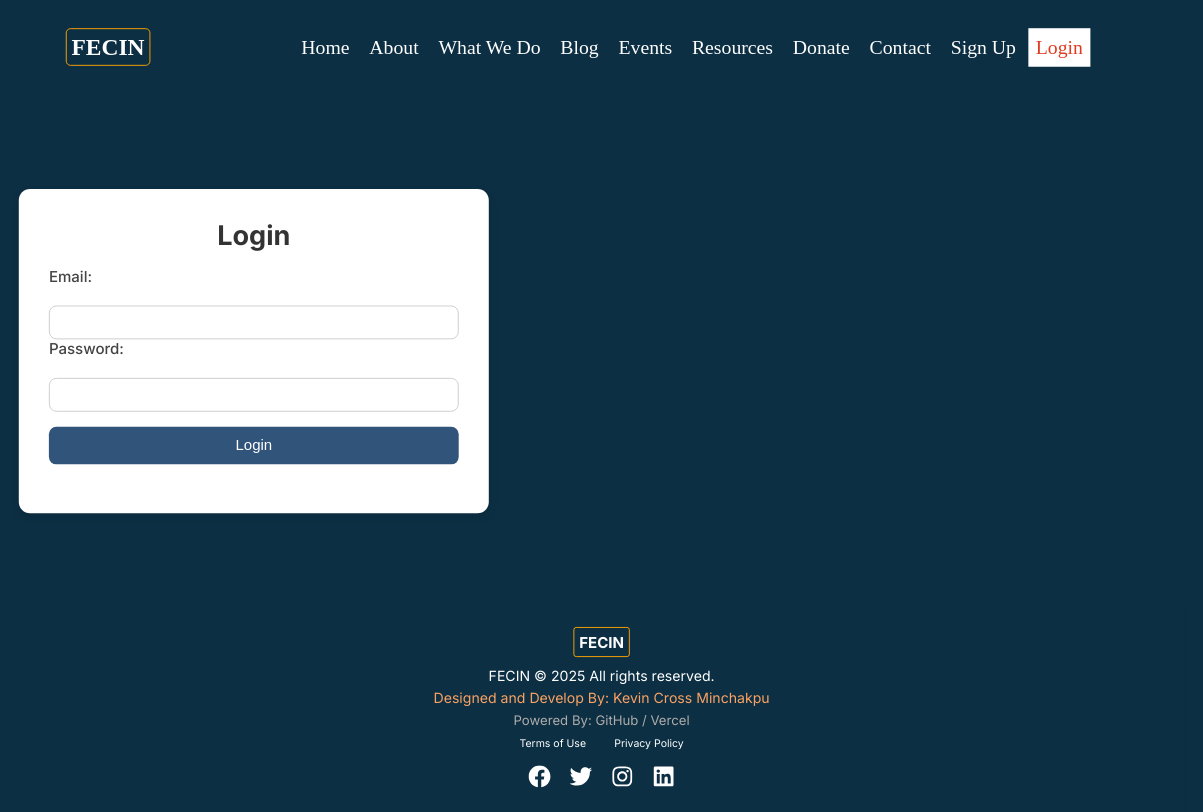
Repository: KCMinchakpu/fecin-projectgs497
Page: /login
An editor plug-in stored every save of this project. The page is shown before and after the next save, followed by the edit.
The browser window is 1280 px wide. The pictures show the whole page, at 94% of full size.
The page's requests for data from a server got no answer. The project was rebuilt for these pictures with package versions that can differ from the ones it lists, and the page was loaded fresh each time. Some packages were replaced by stand-ins written for this rebuild. The framework's server and built-in components were replaced by stand-ins that run in the browser. No one was signed in, and anything a server would have sent is missing. Queries for data that is not in the repository find no rows. Also part of the build but not shown: next.config.mjs.

Above is the page before, as saved 2025-04-12 17:56:49.

### src/app/layout.js
"use client";

import { Inter } from "next/font/google";
import "./globals.css";
import Navbar from "@/components/navbar/Navbar";
import Footer from "@/components/footer/Footer";
import { SessionProvider } from "next-auth/react"; // Import SessionProvider

const inter = Inter({ subsets: ["latin"] });

export default function RootLayout({ children }) {
  return (
    <html lang="en">
      <body className={inter.className}>
        <SessionProvider>
          <div className="container">
            <Navbar />
            {children}
            <Footer />
          </div>
        </SessionProvider>
      </body>
    </html>
  );
}

### src/app/login/page.jsx
'use client';

import { useState } from 'react';
import { useRouter } from 'next/navigation';
import styles from './login.module.css'; // Assuming you have a CSS module for styling

export default function LoginPage() {
  const [email, setEmail] = useState('');
  const [password, setPassword] = useState('');
  const [error, setError] = useState(null);
  const router = useRouter();

  const handleSubmit = async (e) => {
    e.preventDefault();

    const response = await fetch('/api/auth/login', {
      method: 'POST',
      headers: { 'Content-Type': 'application/json' },
      body: JSON.stringify({ email, password }),
    });

    const data = await response.json();

    if (response.ok) {
      router.push('/dashboard'); // Redirect after successful login
    } else {
      setError(data.message); // Display error message
    }
  };

  return (
    <div className={styles['login-container']}>
      <form onSubmit={handleSubmit} className={styles.form}>
        <h2 className={styles.title}>Login</h2>
        {error && <p className={styles.error}>{error}</p>}

        <div>
          <label htmlFor="email" className={styles.label}>Email:</label>
          <input
            type="email"
            id="email"
            value={email}
            onChange={(e) => setEmail(e.target.value)}
            required
            className={styles.input}
          />
        </div>

        <div>
          <label htmlFor="password" className={styles.label}>Password:</label>
          <input
            type="password"
            id="password"
            value={password}
            onChange={(e) => setPassword(e.target.value)}
            required
            className={styles.input}
          />
        </div>

        <button type="submit" className={styles.button}>Login</button>

        <div className={styles.link}>
          <span>Don't have an account? <a href="/signup">Sign up</a></span>
        </div>
      </form>
    </div>
  );
}

### src/app/admin/users/[userId]/role/route.js
import dbConnect from '@/lib/dbConnect';
import User from '@/models/User';

export async function PATCH(req, { params }) {
  try {
    const { role } = await req.json();
    const { userId } = params;

    if (!role) {
      return new Response('Role is required', { status: 400 });
    }

    await dbConnect();

    const updatedUser = await User.findByIdAndUpdate(
      userId,
      { role },
      { new: true }
    );

    if (!updatedUser) {
      return new Response('User not found', { status: 404 });
    }

    return new Response('User role updated successfully', { status: 200 });
  } catch (error) {
    console.error('Error updating user role:', error);
    return new Response('Something went wrong', { status: 500 });
  }
}
// This code handles the PATCH request to update a user's role in the database.

### src/app/admin/users/route.js
import dbConnect from '@/lib/dbConnect';
import User from '@/models/User';

export async function GET() {
  try {
    await dbConnect();
    const users = await User.find();
    return new Response(JSON.stringify(users), { status: 200 });
  } catch (error) {
    console.error('Error fetching users:', error);
    return new Response('Something went wrong', { status: 500 });
  }
}

### src/app/globals.css
:root {
    --bg: #0c2f43;
    --text: white;
    --bgSoft: #091f2c;
    --textSoft: rgb(237, 232, 232);
    --btn: #de3c21;
    --bgWhite: white;
    --textGray: #444444;
}

/* Box sizing rules */
* {
    box-sizing: border-box;
    margin:0;
    padding: 0;
  }

/* Set core body defaults */
body {
    background-color: var(--bgWhite);
    color: var(--text);
  }

a {
    color: inherit;
    text-decoration: none;
}

.container {
  background-color: var(--bg);
  width: 100%; /* Default for small screens */
  margin: auto;
  padding-left: 20px;
  padding-right: 20px;
  min-height: 120vh;
  display: flex;
  flex-direction: column;
  justify-content: space-between;
}

.callnana {
    background-color: var(--bgWhite);
    color: var(--textGray);
    padding: 20px;
    border-radius: 8px;
    box-shadow: 0 4px 8px rgba(0, 0, 0, 0.1);
    margin-bottom: 20px;
    width: 400px;
    height: 200px;
    align-items: center;
    justify-items: center;
}

### src/components/navbar/Navbar.jsx
import React from 'react';
import Link from 'next/link';
import Links from "./links/Links";
import styles from "./navbar.module.css";

const Navbar = () => {
  return (
    <div className={styles.container}>
      <Link href="/" className={styles.logo}>FECIN</Link>
      <div>
        <Links />
      </div>
    </div>
  );
};

export default Navbar;

### src/components/footer/Footer.jsx
import React from 'react';
import styles from './footer.module.css';
import { FaFacebook, FaTwitter, FaInstagram, FaLinkedin } from 'react-icons/fa';

const Footer = () => {
  return (
    <div className={styles.container}>
      <div className={styles.logo}>
        {/* You can add a logo image here if needed */}
        <h2>FECIN</h2>
      </div>
      <div>
        <p className={styles.text}>FECIN © 2025 All rights reserved.</p>
        <p className={styles.author}>
          <a href="https://www.linkedin.com/in/kevin-cross-minchakpu-7897379a" target="_blank">Designed and Develop By: Kevin Cross Minchakpu</a>
          </p>
        <p className={styles.company}>
          <a href="https://octatesystems.github.io/OSNigeria/">Powered By: GitHub / Vercel</a>
          </p>
      </div>
      <div className={styles.links}>
        <a href="/terms" className={styles.link}>Terms of Use</a>
        <a href="/privacy" className={styles.link}>Privacy Policy</a>
      </div>
      <div className={styles.socialIcons}>
        <a href="https://facebook.com" target="_blank" rel="noopener noreferrer" className={styles.icon}>
          <FaFacebook />
        </a>
        <a href="https://twitter.com" target="_blank" rel="noopener noreferrer" className={styles.icon}>
          <FaTwitter />
        </a>
        <a href="https://instagram.com" target="_blank" rel="noopener noreferrer" className={styles.icon}>
          <FaInstagram />
        </a>
        <a href="https://linkedin.com" target="_blank" rel="noopener noreferrer" className={styles.icon}>
          <FaLinkedin />
        </a>
      </div>
    </div>
  );
};

export default Footer;

### src/app/login/login.module.css
.container {
    display: flex;
    justify-content: center;
    align-items: center;
    height: 100vh;
    background-color: #f5f7fa;
    margin-bottom: 80px;
  }

  .form {
    background-color: white;
    padding: 2rem;
    border-radius: 12px;
    box-shadow: 0 4px 10px rgba(0, 0, 0, 0.1);
    width: 500px;
  }

  .title {
    font-size: 1.8rem;
    margin-bottom: 1rem;
    text-align: center;
    color: #333;
  }

  .label {
    display: block;
    margin-bottom: 1rem;
    color: #444;
    font-weight: 500;
  }

  .input {
    width: 100%;
    padding: 0.5rem;
    margin-top: 0.3rem;
    border: 1px solid #ccc;
    border-radius: 8px;
    font-size: 1rem;
  }

  .button {
    width: 100%;
    padding: 0.7rem;
    background-color: #31547a;
    color: white;
    border: none;
    border-radius: 8px;
    font-size: 1rem;
    cursor: pointer;
    margin-top: 1rem;
  }

  .button:hover {
    background-color: #1f3b57;
  }

  .error {
    color: red;
    font-size: 0.9rem;
    margin-bottom: 1rem;
    text-align: center;
  }

### src/components/navbar/links/Links.jsx
"use client";

import React, { useState } from "react";
import { useSession } from "next-auth/react";
import Image from 'next/image';
import NavLink from "../navLink/NavLink";
import styles from "./links.module.css";

const links = [
  { title: "Home", path: "/" },
  { title: "About", path: "/about" },
  { title: "What We Do", path: "/whatwedo" },
  { title: "Blog", path: "/blog" },
  { title: "Events", path: "/upcoming-events" },
  { title: "Resources", path: "/resources" },
  { title: "Donate", path: "/donate" },
  { title: "Contact", path: "/contact" },
  { title: "Sign Up", path: "/signup" },
  ];

const Links = () => {
  const [open, setOpen] = useState(false);
  const { data: session, status } = useSession();

  const isAdmin = session?.user?.role === "admin";

  return (
    <div className={styles.container}>
      <div className={styles.links}>
        {links.map((link) => (
          <NavLink item={link} key={link.title} />
        ))}

        {!session && status !== "loading" && (
          <NavLink item={{ title: "Login", path: "/login" }} />
        )}

        {session && isAdmin && (
          <NavLink item={{ title: "Admin", path: "/admin" }} />
        )}

        {session && (
          <form method="post" action="/api/auth/signout">
            <button className={styles.logout}>Logout</button>
          </form>
        )}
      </div>

      <Image
        className={styles.menuButton}
        src="/menu.png"
        alt="Hamburger menu"
        width={30}
        height={30}
        onClick={() => setOpen((prev) => !prev)}
      />

      {open && (
        <div className={styles.mobileLinks}>
          {links.map((link) => (
            <NavLink item={link} key={link.title} />
          ))}
        </div>
      )}
    </div>
  );
};

export default Links;

### src/components/navbar/navbar.module.css
.container {
    height: 100px;
    display: flex;
    align-items: center;
    justify-content: space-between;
}

.logo {
    font-size: 25px;
    font-weight: bold;
    font-family: "Play", serif;
    font-weight: 700;
    font-style: normal;
    border: 1.5px solid orange;
    padding: 5px;
    border-radius: 5px;
    margin-left: 50px;
}

### src/components/footer/footer.module.css
/* Footer Container */
.container {
    background-color: var(--bg);
    color: white;
    display: flex;
    flex-direction: column;
    align-items: center;
    justify-content: space-between;
    padding: 20px;
    text-align: center;
  }

  .logo h2 {
    font-size: 1rem;
    margin-bottom: 10px;
    border: 1px solid orange;
    padding: 5px;
    border-radius: 3px;
  }

  .text {
    margin-bottom: 5px;
    font-size: 15px;

  }
  .author {
    margin-bottom: 5px;
    font-size: 15px;
    color: rgb(250, 162, 99);
  }

  .company {
    margin-bottom: 5px;
    font-size: 14px;
    color: rgb(174, 172, 170);
  }

  .author:hover {
    text-decoration: underline;
  }

  .company:hover {
    text-decoration: underline;
  }

  .links {
    margin-bottom: 15px;
  }

  .link {
    color: white;
    margin: 0 15px;
    text-decoration: none;
    font-size: 0.7rem;
  }

  .link:hover {
    text-decoration: underline;
  }

  .socialIcons {
    display: flex;
    justify-content: center;
    gap: 20px;
  }

  .icon {
    font-size: 1.5rem;
    color: white;
    transition: color 0.3s ease;
  }

  .icon:hover {
    color: #0070f3;
  }


  @media (min-width: 768px) {
    .container {
      flex-direction: column;
      align-items: center;
      justify-content: space-around;
    }
  }

### src/components/navbar/navLink/navLink.jsx
"use client";

import React from "react";
import Link from "next/link";
import { usePathname } from "next/navigation";
import styles from "./navLink.module.css";

const NavLink = ({ item }) => {
  const pathName = usePathname();
  return (
    <Link
      href={item.path}
      className={`${styles.container} ${
        pathName === item.path ? styles.active : ""
      }`}
    >
      {item.title}
    </Link>
  );
};

export default NavLink;

### src/components/navbar/links/links.module.css
.links {
    display: flex;
    align-items: center;
    gap: 5px;
    font-family: "Play", serif;
    font-style: normal;
    margin-right: 100px;
    font-size: 21px;
}

.logout {
    padding: 5px;
    cursor: pointer;
    font-weight: bold;
    font-size: 15px;
}

.menuButton,
.mobileLinks {
   display: none;
  }

  @media (max-width: 480px){
    .links {
        display: none;
    }

    .menuButton {
        display: block;
        cursor: pointer;
      }

    .mobileLinks {
        position: absolute;
        top: 100px;
        right: 0;
        width: 50%;
        height: calc(100vh-100px);
        /*background-color: var(--bg);*/
       background-color: brown;
        display: flex;
        flex-direction: column;
        align-items: center;
        justify-content: center;
        gap: 10px;
      }
  }

### src/components/navbar/navLink/navLink.module.css
.container {
    padding: 8px;
    text-align: center;


}

.active {
    background-color: var(--text);
    color: var(--btn);
}

After the next save:
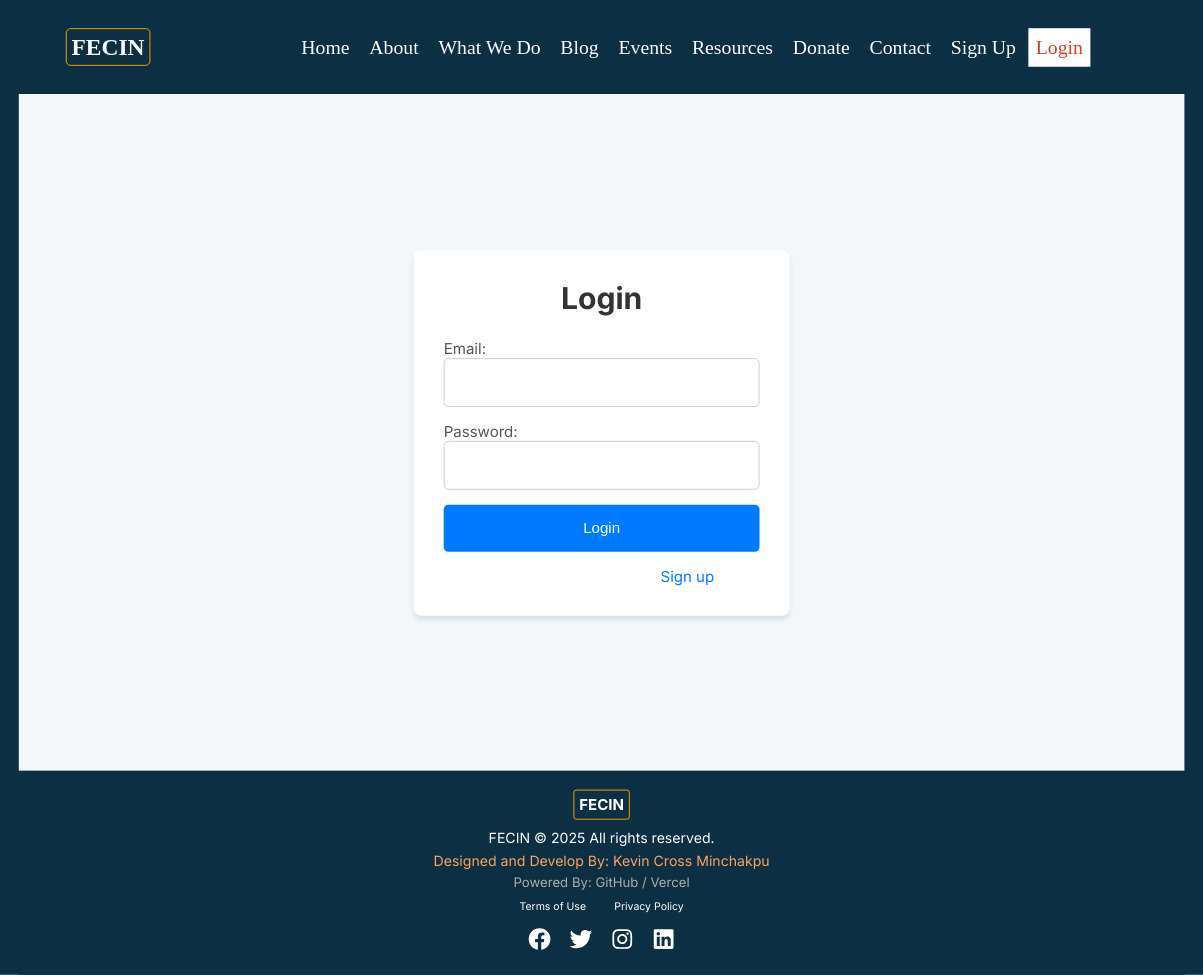
Saved 37 s later.
--- a/src/app/login/login.module.css
+++ b/src/app/login/login.module.css
@@ -1,62 +1,84 @@
-.container {
-    display: flex;
-    justify-content: center;
-    align-items: center;
-    height: 100vh;
-    background-color: #f5f7fa;
-    margin-bottom: 80px;
-  }
 
-  .form {
-    background-color: white;
-    padding: 2rem;
-    border-radius: 12px;
-    box-shadow: 0 4px 10px rgba(0, 0, 0, 0.1);
-    width: 500px;
-  }
+.login-container {
+  width: 100%;
+  height: 100vh;
+  display: flex;
+  justify-content: center;
+  align-items: center;
+  background-color: #f4f7fa;
+}
 
-  .title {
-    font-size: 1.8rem;
-    margin-bottom: 1rem;
-    text-align: center;
-    color: #333;
-  }
+.form {
+  width: 100%;
+  max-width: 400px;
+  background-color: white;
+  padding: 2rem;
+  border-radius: 8px;
+  box-shadow: 0 4px 6px rgba(0, 0, 0, 0.1);
+}
 
-  .label {
-    display: block;
-    margin-bottom: 1rem;
-    color: #444;
-    font-weight: 500;
-  }
+.title {
+  text-align: center;
+  font-size: 2rem;
+  margin-bottom: 1.5rem;
+  color: #333;
+}
 
-  .input {
-    width: 100%;
-    padding: 0.5rem;
-    margin-top: 0.3rem;
-    border: 1px solid #ccc;
-    border-radius: 8px;
-    font-size: 1rem;
-  }
+.label {
+  font-size: 1rem;
+  color: #555;
+  margin-bottom: 0.5rem;
+}
 
-  .button {
-    width: 100%;
-    padding: 0.7rem;
-    background-color: #31547a;
-    color: white;
-    border: none;
-    border-radius: 8px;
-    font-size: 1rem;
-    cursor: pointer;
-    margin-top: 1rem;
-  }
+.input {
+  width: 100%;
+  padding: 1rem;
+  font-size: 1rem;
+  border: 1px solid #ccc;
+  border-radius: 5px;
+  outline: none;
+  margin-bottom: 1rem;
+}
 
-  .button:hover {
-    background-color: #1f3b57;
-  }
+.input:focus {
+  border-color: #007bff;
+}
 
-  .error {
-    color: red;
-    font-size: 0.9rem;
-    margin-bottom: 1rem;
-    text-align: center;
-  }
+.button {
+  width: 100%;
+  padding: 1rem;
+  background-color: #007bff;
+  color: white;
+  font-size: 1rem;
+  border: none;
+  border-radius: 5px;
+  cursor: pointer;
+  transition: background-color 0.3s ease;
+}
+
+.button:hover {
+  background-color: #0056b3;
+}
+
+.error {
+  color: red;
+  font-size: 0.9rem;
+  text-align: center;
+  margin-bottom: 1rem;
+}
+
+.link {
+  display: block;
+  text-align: center;
+  margin-top: 1rem;
+  font-size: 1rem;
+}
+
+.link a {
+  color: #007bff;
+  text-decoration: none;
+}
+
+.link a:hover {
+  text-decoration: underline;
+}
